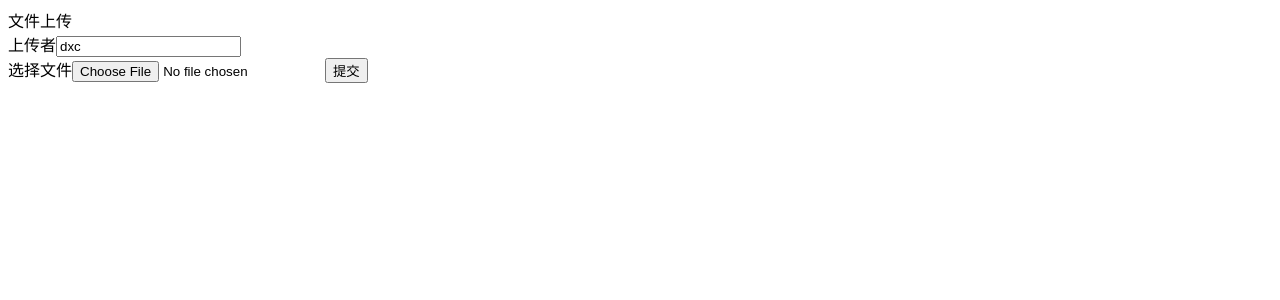
Repository: stranxxc/java_code
Page: http://localhost/SSM_03_Spring_MVC_dxc_53/file_upload_mvc_dxc.jsp
These files come from the project's save history. The page is drawn as it stood at one moment and after the next save; the edit follows.
The browser window is 1280 px wide. The pictures show the whole page.
The page is served by Tomcat 9. Other server files are loaded and not shown.

Above is the page before, as saved 2026-06-02 02:40:00.

### SSM_03_Spring_MVC_dxc_53/WebRoot/file_upload_mvc_dxc.jsp
<%@ page language="java" import="java.util.*" pageEncoding="UTF-8"%>
<%
String path = request.getContextPath();
String basePath = request.getScheme()+"://"+request.getServerName()+":"+request.getServerPort()+path+"/";
%>

<!DOCTYPE HTML PUBLIC "-//W3C//DTD HTML 4.01 Transitional//EN">
<html>
  <head>
    <base href="<%=basePath%>">

    <title>My JSP 'file_upload_mvc_dxc.jsp' starting page</title>

	<meta http-equiv="pragma" content="no-cache">
	<meta http-equiv="cache-control" content="no-cache">
	<meta http-equiv="expires" content="0">
	<meta http-equiv="keywords" content="keyword1,keyword2,keyword3">
	<meta http-equiv="description" content="This is my page">
	<!--
	<link rel="stylesheet" type="text/css" href="styles.css">
	-->

  </head>

  <body>

  </body>
  文件上传
  <form action="">
  上传者<input type="text" name="upload_user_name" value="dxc"></br>选择文件<input type="file" name="upload_file" /><input type="submit" value="提交"/>
  </form>
</html>

After the next save:
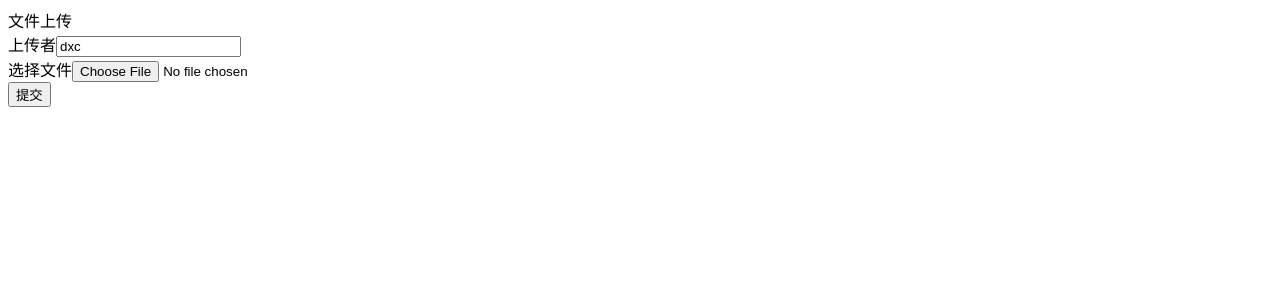
Saved 29 s later.
--- a/SSM_03_Spring_MVC_dxc_53/WebRoot/file_upload_mvc_dxc.jsp
+++ b/SSM_03_Spring_MVC_dxc_53/WebRoot/file_upload_mvc_dxc.jsp
@@ -27,6 +27,6 @@ String basePath = request.getScheme()+"://"+request.getServerName()+":"+request.
   </body>
   文件上传
   <form action="">
-  上传者<input type="text" name="upload_user_name" value="dxc"></br>选择文件<input type="file" name="upload_file" /><input type="submit" value="提交"/>
+  上传者<input type="text" name="upload_user_name" value="dxc"></br>选择文件<input type="file" name="upload_file" /></br><input type="submit" value="提交"/>
   </form>
 </html>
